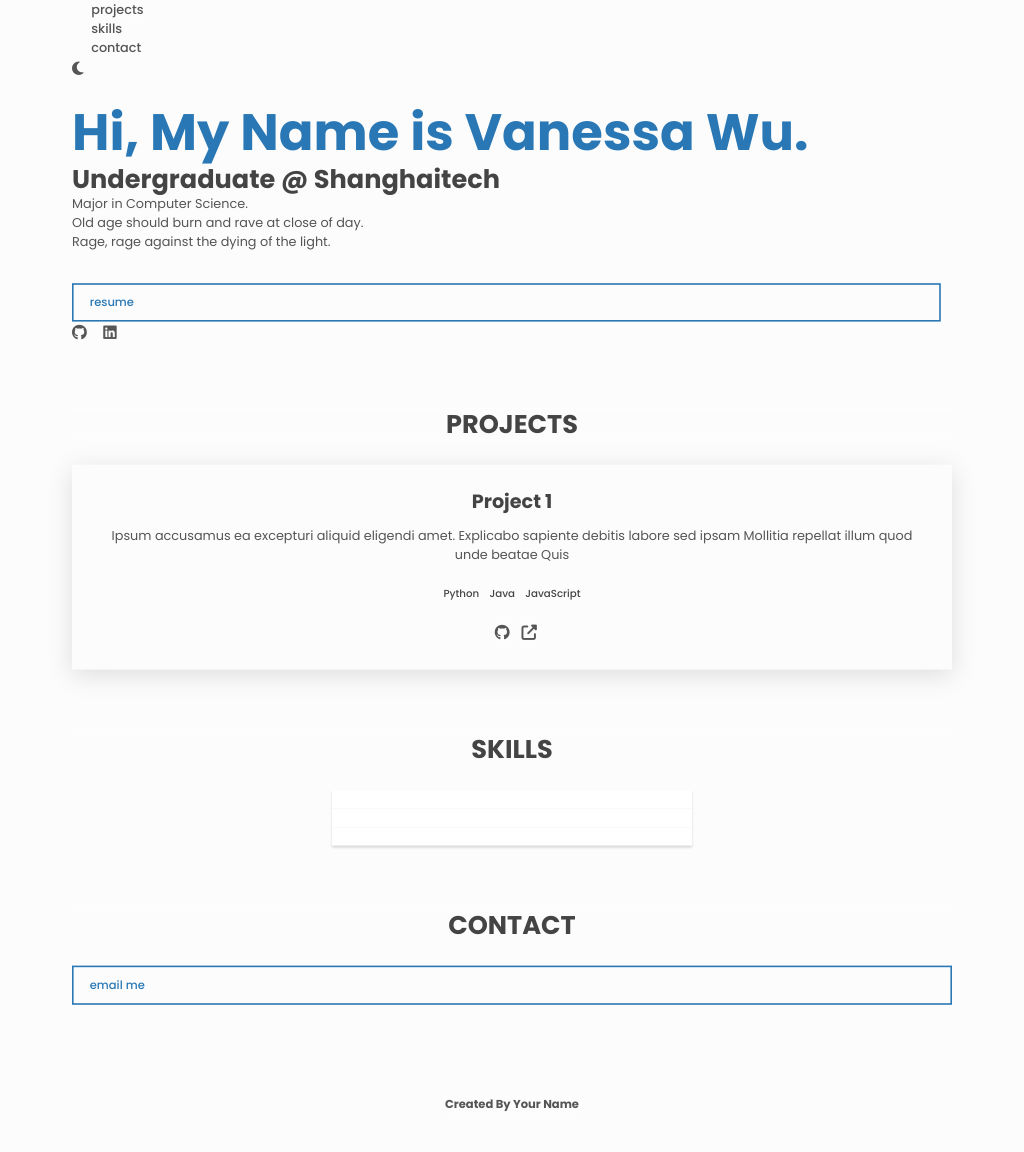
Repository: indiansummer1022/Cubstart
Page: Web Track/hw1/index.html
These files come from the project's save history. The page is drawn as it stood at one moment and after the next save; the edit follows.
The browser window is 1280 px wide. The pictures show the whole page, at 80% of full size.
Some web libraries are served in a nearby version.

Above is the page before, as saved 2022-02-15 21:18:29.

After the next save:
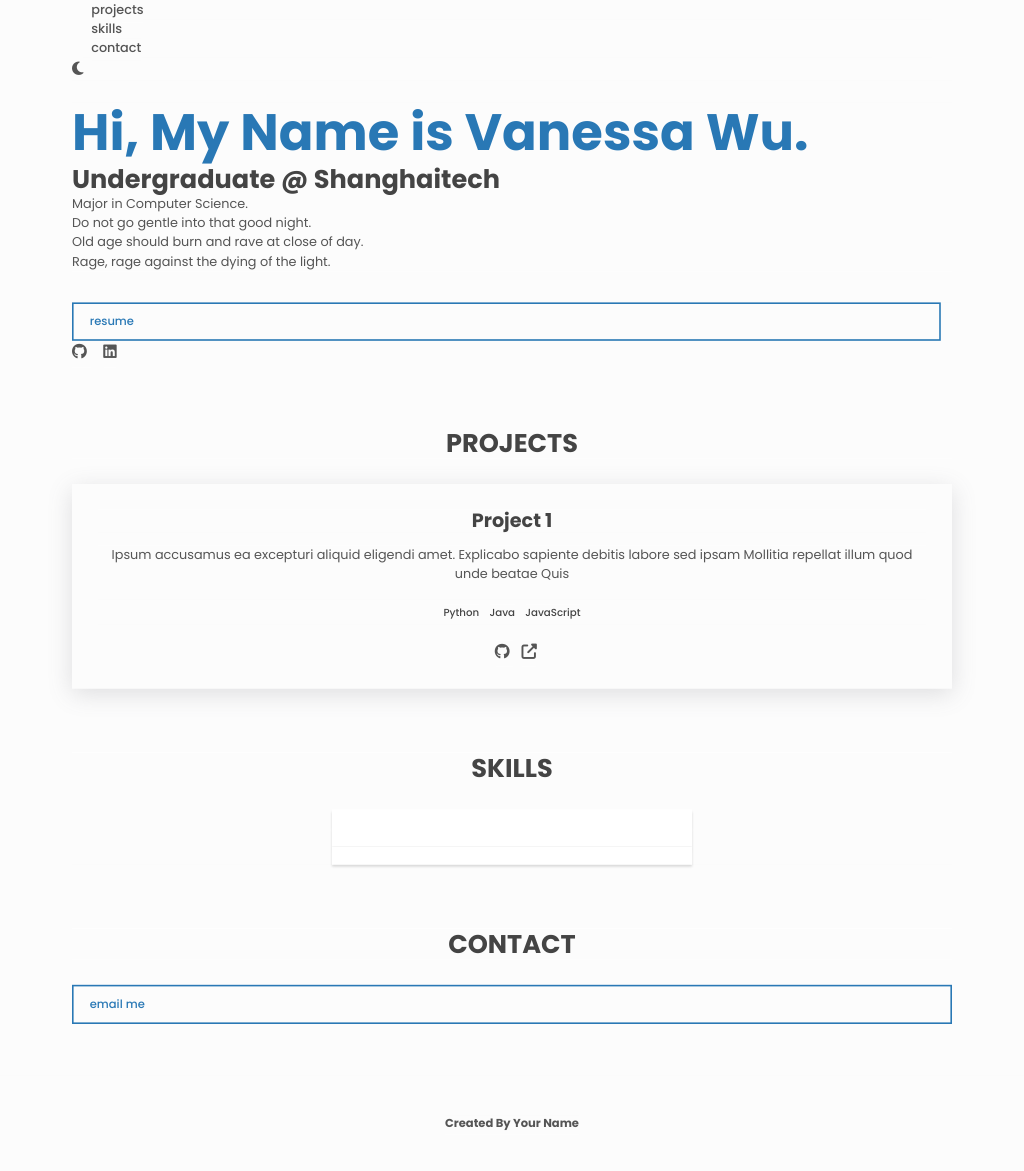
Saved 16 s later.
--- a/Web Track/hw1/index.html
+++ b/Web Track/hw1/index.html
@@ -79,6 +79,7 @@
       </h2>
       <p class="about-desc">
         Major in Computer Science. <br>
+        Do not go gentle into that good night. <br>
         Old age should burn and rave at close of day. <br>
         Rage, rage against the dying of the light. <br>
       </p>
